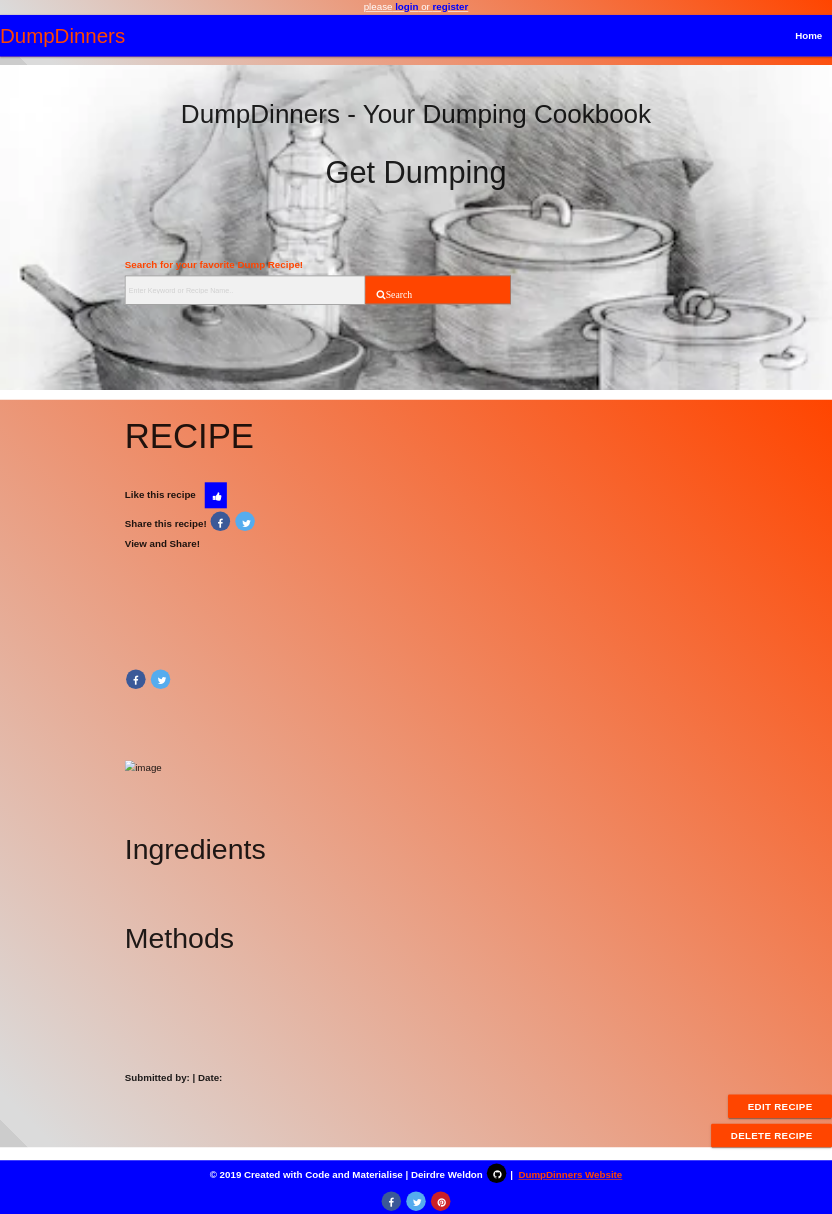
Repository: Deirdre18/dumpdinners-recipe-app
Page: templates/recipe.html
The author's editor kept a record of every edit. The page is drawn from the files as they stood at one moment, then again after the next edit.
The browser window is 1280 px wide. The pictures show the whole page, at 65% of full size.
Some web libraries are served in a nearby version. The page is served by the project's application, run on Flask 3 (app.py). The template is opened directly, without the code that normally fills it, so the values that code supplies are empty.

Above is the page before.

### templates/recipe.html
{% extends "base.html" %} {% block content %} {% with messages = get_flashed_messages() %} {% if messages %}
<strong class=flashes>


	{% for message in messages %}<br>
	{{ message }}</strong> {% endfor %}
</ul>
{% endif %} {% endwith %}

<div class="container recipe-container content-container">
	<!-- Recipe-->
	<section class="recipe">
		<div class="row">
			<div class="col s12 m12 l12">
				<div class="page-header">
					<h2 class="text-uppercase">RECIPE</h2>



					<!--rate recipe-->
				</div>
			</div>
		</div>

		<div>
			<!--http://www.sharelinkgenerator.com/-->
			<strong>Like this recipe</strong>&nbsp<a href="{{ url_for('likes', recipe_id=recipe._id) }}" <button class="waves-effect waves-light btn-small" type="submit" style="background-color:blue; color: white; margin-left:10px" name=" action"><i class="fa fa-thumbs-up" aria-hidden="true"></i></a>
			</button><br>
		</div>


		<!--http://www.sharelinkgenerator.com/-->
		<!--referred to this for help with sharing links - https://css-tricks.com/simple-social-sharing-links/-->
		<div class="shares">

			<strong>Share this recipe!</strong>
			<a href="https://www.facebook.com/sharer.php?u=" <i class="fa fa-facebook" aria-hidden="true"></i></a>
			<a href="https://twitter.com/intent/tweet" <i class="fa fa-twitter" aria-hidden="true"></i></a>


		</div>


<h6 class="view-and-share"><strong> View and Share!</strong>
        </h6>
        <p class=shares "col s4 m3 l3" style="white-space:normal">

            <i class="fa fa-facebook" aria-hidden="true"></i>
            <i class="fa fa-twitter" aria-hidden="true" style="color: light-blue"></i>
        </p>



		<div class="row" style="text-align:center"></div>
		<h3><em>{{recipe.recipe_name}}</em></h3>

		<div row="recipe">

			<div class="col s12 m12 l12">
				<img src="{{ recipe.image }}" alt="image" height=300 width=285>

				<!--referred to https://stackoverflow.com/questions/41081380/white-space-pre-not-working-as-expected-->

				<div class="ingredients col s12 m6 l6" style="white-space:normal">
					<h3>Ingredients</h3>

					{{ recipe.ingredients }}
				</div>

				<div class="methods col s12 m6 l6" style="white-space:normal">
					<h3>Methods</h3>

					{{ recipe.methods }}

				</div>

				<p><strong>Submitted by:<strong>{{ recipe.username }} |  <strong>Date:</strong> {{recipe.date_added}}</p>




			</div>
		</div>

</div>



<!-- button for edit recipe -->


<!--Taken from Spence Barribal's code (student Code Institute).-->
{% if session['username'] == recipe.username %}
<div class="row float-right">
	<a href="{{ url_for('edit_recipe', recipe_id=recipe._id, username=username) }}" class="btn btn-secondary mr-3" style="background-color:orangered; float:right">Edit Recipe</a><br><br>
	<a href="{{ url_for('delete_recipe', recipe_id=recipe._id, username=username) }}" class="btn btn-danger" style="background-color:orangered; float: right">Delete Recipe</a>
</div>
{% endif %}




</div>
</div>
</div>
</div>
</div>
</div>
</div>


{% endblock %}

### templates/base.html
<!DOCTYPE html>
<html>

<head>
    <!--referred to this link for downloading bootstrap, as well as previous CI tutorials - https://forums.fedoraforum.org/showthread.php?314148-How-to-download-bootstrap-->

    <meta charset="UTF-8">
    <meta name="viewport" content="width=device-width, user-scalable=no, initial-scale=1.0, maximum-scale=1.0, minimum-scale=1.0">
    <meta http-equiv="X-UA-Compatible" content="ie=edge">
    <title>{{ title }} - DumpDinners</title>
    <link href="https://fonts.googleapis.com/icon?family=Material+Icons" rel="stylesheet">
    <link rel="stylesheet" href="https://cdnjs.cloudflare.com/ajax/libs/materialize/0.100.2/css/materialize.min.css">

    <!-- Social Share Kit CSS downloaded from https://socialsharekit.com/ -->
    <!--<link rel="stylesheet" href="assets/css/social-share-kit.css" type="text/css">-->

    <link rel="stylesheet" href="{{url_for('static', filename='social-share-kit.css')}}" type="text/css" />

    <link rel="stylesheet" href="{{url_for('static', filename='styles.css')}}" type="text/css" />


    <!--referred to this for favicon - https://www.flaticon.com/-->

    <link rel="icon" type="image/ico" href="/static/images/favicon.ico" />
    <link rel="stylesheet" href="https://cdnjs.cloudflare.com/ajax/libs/font-awesome/4.7.0/css/font-awesome.min.css">

    <style>
        body {
            font-family: Arial;
        }

        * {
            box-sizing: border-box;
        }

        form.example input[type=text] {
            padding: 5px;
            font-size: 11px;
            border: 1px solid grey;
            float: left;
            width: 4%;
            height: 1%;
            background: #f1f1f1;
        }

        form.example button {
            float: left;
            width: 2%;
            height: 2%;
            padding: 5px;
            background: #2196F3;
            color: white;
            font-size: 11px;
            border: 1px solid grey;
            border-left: none;
            cursor: pointer;
        }

        form.example button:hover {
            background: #0b7dda;
        }

        form.example::after {
            content: "";
            clear: both;
            display: table;
        }
    </style>



</head>

<body>

    <style scoped>
        .pattern {
            min-height: 100px;
        }

        #stripes4 {

            background-image: repeating-linear-gradient(45deg, #ccc, #ccc 30px, #dbdbdb 30px, #dbdbdb 60px, orangered);

        }
    </style>

    <!--to give background gradient color, referred to https://www.quackit.com/css/codes/patterns/css_background_stripes.cfm-->

    <div id="stripes4" class="pattern">


        <!--referred to code from Spence Barribal's github project for username in session below (Student at Code Institute).-->

        {% if 'username' in session %}
        <div class="text-light font-italic bg-dark pt-2 pr-4" style="text-align:center; color:blue"><strong>welcome back, {{ session['username'] }}</strong>
        </div>

        <!--Referred to stack overflow article on centering anchors.-->

        <div class="display:block; text-align: center">
            <a href="{{ url_for('add_recipe') }}" <button class="btn waves-effect waves-light" type="submit" style="background-color:orangered" name="action">Add Recipe
                <i class="material-icons right">playlist_add</i>
             </button></div></a>



            <div class="display:block; text-align: center">
                <a href="{{ url_for( 'logout') }}" style="text-decoration:underline; color:blue; text-align:center,color:blue"><strong>Logout</strong></a>
            </div>

            <div class="display:block; text-align: center">
                <a href="{{ url_for( 'allrecipes') }}" style="text-decoration:underline;color:blue; text-align:center"><strong>Home</strong></a>

            </div>

            {% else %}

            <div class="login" style="text-align:center;text-decoration:underline; color:white">please<a href="{{ url_for('login') }}" style="color:blue"><strong> login</a></strong> or <a href="{{ url_for('register') }}" style="color:blue"><strong> register</strong></a>
            </div>
            {% endif %}

            <nav>
                <div class="nav-wrapper">
                    <a class="brand-logo" style="color:orangered">DumpDinners</a>
                    <a href="#" data-activates="mobile-demo" class="button-collapse"><i class="material-icons">menu</i></a>
                    <ul id="nav-mobile" class="right hide-on-med-and-down">

                        {% if 'username' not in session %}

                        <li class="nav-item">
                            <a href="{{ url_for('index') }}" style="color:white"><strong>Home</a></strong>
                        </li>


                        {% endif %}

                    </ul>
                </div>

            </nav>
            <!--referred to https://www.w3schools.com/howto/howto_css_search_button.asp-->

            {% if 'username' in session %}
            <ul class="sidenav" id="mobile-demo">
                <li class="nav-item">
                    <a href="{{ url_for('allrecipes') }}" style="color:orangered;text-decoration:underline"><strong>Home</strong></a>
                </li>
                {% endif %}


            </ul>
        </div>

        <div id="index-banner" class="parallax-container">
            <div class="section no-pad-bot">
                <div class="container">

                    <div class="parallax">
                        <img src="{{ url_for('static', filename='uploads/' + 'still-life.jpg') }}">
                    </div>

                    <h2 class="header center" class="header"><small>DumpDinners - Your Dumping Cookbook</small></h2>

                    <h1 class="header center" class="header"><small>Get Dumping</small></h1>
                    <br><br><br>


                    <!--/*referred to https://www.w3schools.com/howto/howto_css_search_button.asp*/-->

                    <div class="search-container">

                        <h6 class="lead-search" style="color:orangered; text-align:left"><strong>Search for your favorite Dump Recipe!</strong></h6>
                        <form class="example" action="{{ url_for('search') }}">
                            <input type="text" placeholder="Enter Keyword or Recipe Name.." required name="query" style="margin-top:1px; width:40%; height:3em !important; color:black">
                            <div id="search">
                                <button type="submit" style="margin-top:1px; width:25%; height:4em !important; background-color:orangered"><i class="fa fa-search" style="font-size:15px;float:left">Search</i></button>
                            </div>
                        </form>
                    </div>


                </div>
            </div>
            <!--Referred to this link for adding photos dynamically. https://stackoverflow.com/questions/40877272/jinja2-not-displaying-the-images-->


        </div>

        <div id="stripes4" class="pattern">
            {% block content %}{% endblock %}
        </div>

        <script src="https://ajax.googleapis.com/ajax/libs/jquery/3.4.1/jquery.min.js"></script>
        <script src="https://cdnjs.cloudflare.com/ajax/libs/jquery/3.2.1/jquery.min.js"></script>
        <script src="https://cdnjs.cloudflare.com/ajax/libs/materialize/0.100.2/js/materialize.min.js"></script>
        <!--<script src="assets/js/social-share-kit.js"></script>-->
        <!--<script src="assets/js/social-share-kit.min.js"></script>-->

        <script type="text/javascript">
            $(document).ready(function() {
                $(".button-collapse").sideNav();
            });
        </script>

        <script type="text/javascript">
            $('.datepicker').pickadate({
                selectMonths: true, // Creates a dropdown to control month
                selectYears: 15, // Creates a dropdown of 15 years to control year,
                today: 'Today',
                clear: 'Clear',
                close: 'Ok',
                closeOnSelect: false // Close upon selecting a date,
            });
        </script>


        <script>
            $(document).ready(function() {
                $('.parallax').parallax();
            });
        </script>

        <!-- jquery to activate buttons -->

        <script type="text/javascript">
            $(document).ready(function() {
                $('.collapsible').collapsible();
                $('select').material_select();
            });
        </script>


        <!--// to create footer referred to https://www.w3schools.com/howto/tryit.asp?filename=tryhow_css_fixed_footer. For flexible footer referred to https://materializecss.com/footer.html // decided to make footer fixed rather than flexible-->

        <style>
            .footer {
                margin-top: 1px;
                display: fixed;
                min-height: 3vh;
                flex-direction: column;
                text-align: center;
                background-color: blue;
                color: white;
            }

            main {
                flex: 1 0 auto;
            }

            .container {
                margin-top: 15px;
                margin-bottom: 3px;
            }
        </style>



        <style>
            .fa {
                padding: 10px;
                font-size: 15px;
                width: 30px;
                text-decoration: none;
                margin: 5px 2px;
                border-radius: 50%;
                height: 30px;
            }

            .fa:hover {
                opacity: 0.7;

            }

            .fa-facebook {
                background: #3B5998;
                color: white;
                text-align: center;
            }

            .fa-twitter {
                background: #55ACEE;
                color: white;
                text-align: center;
            }


            .fa-youtube {
                background: #bb0000;
                color: white;
                text-align: center;
            }

            .fa-pinterest {
                background: #cb2027;
                color: white;
                text-align: center;
            }

            .fa-github {
                background: black;
                color: white;
                text-align: center;
                font-size: 15px;


            }

            strong {
                font-weight: bold;
            }
        </style>



        <div class="footer">

            <div class="container">
                <!--created blank spaces, referred to https://www.computerhope.com/jargon/n/nbsp.htm-->
                © 2019 Created with Code and Materialise&nbsp| Deirdre Weldon <a href="https://github.com/Deirdre18" class="fa fa-github"></a> |&nbsp
                <a href="https://dumpdinners-recipe-app.herokuapp.com/" style="color:orangered; text-decoration: underline">DumpDinners Website
        </div>

        <!--for social media icons and styles referred to https://www.w3schools.com/howto/howto_css_social_media_buttons.asp    -->



        <!-- Add font awesome icons -->
        <a href="https://www.facebook.com/" class="fa fa-facebook"></a>
                <a href="https://www.twitter.com/" class="fa fa-twitter"></a>
                <a href="https://www.pinterest.com/" class="fa fa-pinterest"></a>


            </div>
</body>

</html>

### app.py
import os
import re
from flask import Flask, render_template, redirect, request, url_for, session, flash
import json
from flask_pymongo import PyMongo
import pymongo
from pymongo import MongoClient
from bson.objectid import ObjectId


from werkzeug.security import generate_password_hash, check_password_hash


app = Flask(__name__)

app.secret_key = "randomstring123"



if app.config['DEBUG'] == True:
    from config import dbconfig
    app.config["MONGO_DBNAME"] = 'dumpdinners'
    app.config["MONGO_URI"] = dbconfig()
else:
    app.config['MONGO_URI'] = os.environ.get("MONGO_URI")
    app.config['MONGO_DBNAME'] = os.environ.get("MONGO_DBNAME")

mongo = PyMongo(app)


@app.route('/')
@app.route('/index')
def index():
    """Home page the gets 4 recipes from DB that have been viewed the most"""
    four_recipes = mongo.db.recipes.find().limit(4)
    return render_template('allrecipes1.html', recipes=four_recipes)

@app.route('/allrecipes')
def allrecipes():
    recipes = mongo.db.recipes.find()
    return render_template('allrecipes.html', recipes=recipes)

@app.route('/allrecipes1')
def allrecipes1():
    recipes = mongo.db.recipes.find()
    four_recipes = mongo.db.recipes.find().limit(4)
    return render_template('allrecipes1.html', recipes=four_recipes)

@app.route('/add_recipe')
def add_recipe():
    recipes = mongo.db.recipes.find()
    return render_template('addrecipe.html',
        recipes=mongo.db.categories.find())



@app.route('/insert_recipe', methods=['POST'])
def insert_recipe():
    recipes = mongo.db.recipes
    recipes.insert_one(request.form.to_dict())
    flash ("Thank you, your recipe has been inserted!")
    return render_template('recipe.html', recipe=recipe)




@app.route('/edit_recipe/<recipe_id>', methods=['GET', 'POST'])
def edit_recipe(recipe_id):
    """Allows logged in user to edit their own recipes"""
    recipe_db = mongo.db.recipes.find_one_or_404({'_id': ObjectId(recipe_id)})
    all_categories =  mongo.db.categories.find()
    if request.method == 'GET':

        return render_template('editrecipe.html', recipe=recipe_db, categories=all_categories)


# referred to this article for advice on 'views' - https://stackoverflow.com/questions/5782311/mongodb-inc-embedded-value-syntax

@app.route('/update_recipe/<recipe_id>', methods=["POST"])
def update_recipe(recipe_id):
    recipes = mongo.db.recipes
    recipes.update( {'_id': ObjectId(recipe_id)},
    {
        '$set': {

        'recipe_name':request.form.get('recipe_name'),
        'ingredients':request.form.get('ingredients'),
        'image': request.form.get('image'),
        'category_name': request.form.get('category_name'),
        'username': request.form.get('username'),
        'methods': request.form.get('methods'),
        'short_description': request.form.get('short_description'),
        'date_added': request.form.get('date_added'),
        'is_vegetarian': request.form.get('is_vegetarian'),
        'views':1,
        'likes':1

        }
    })
    return redirect(url_for('allrecipes'))




@app.route('/delete_recipe/<recipe_id>')
def delete_recipe(recipe_id):
    mongo.db.recipes.remove({'_id': ObjectId(recipe_id)})
    return redirect(url_for('allrecipes'))

@app.route('/search')
def search():
    """Provides logic for search bar"""
    orig_query = request.args['query']
    # using regular expression setting option for any case
    query = {'$regex': re.compile('.*{}.*'.format(orig_query)), '$options': 'i'}
    # find instances of the entered word in title, tags or ingredients
    results = mongo.db.recipes.find({
        '$or': [
            {'recipe_name': query},
            {'ingredients': query},
            {'recipe_name': query}
        ]
    })
    return render_template('search.html', query=orig_query, results=results)


@app.route('/recipe/<recipe_id>')
def recipe(recipe_id):

    """Shows full recipe and increments view"""
    mongo.db.recipes.find_one_and_update(
        {'_id': ObjectId(recipe_id)},
        { '$inc': { 'views': 1}}



    )
    recipe_db = mongo.db.recipes.find_one_or_404({'_id': ObjectId(recipe_id)})
    return render_template('recipe.html', recipe=recipe_db)

# routing for likes

@app.route('/likes/<recipe_id>')
def likes(recipe_id):

    """Shows full recipe and increments view"""
    mongo.db.recipes.find_one_and_update(
        {'_id': ObjectId(recipe_id)},
        { '$inc': { 'likes': 1}}



    )
    recipe_db = mongo.db.recipes.find_one_or_404({'_id': ObjectId(recipe_id)})
    return redirect(url_for('allrecipes1'))

# # routing for shares

# # @app.route('/shares1/<recipe_id>')
# # def shares1 (recipe_id):

# #     """Shows full recipe and increments view"""
# #     mongo.db.recipes.find_one_and_update(
# #         {'_id': ObjectId(recipe_id)},
# #         { '$inc': { 'shares1': 1}}



#     )
#     recipe_db = mongo.db.recipes.find_one_or_404({'_id': ObjectId(recipe_id)})
#     return redirect(url_for('allrecipes1'))

# @app.route('/shares2/<recipe_id>')
# def shares2 (recipe_id):

#     """Shows full recipe and increments view"""
#     mongo.db.recipes.find_one_and_update(
#         {'_id': ObjectId(recipe_id)},
#         { '$inc': { 'shares2': 1}}



#     )
#     recipe_db = mongo.db.recipes.find_one_or_404({'_id': ObjectId(recipe_id)})
#     return redirect(url_for('allrecipes1'))

# @app.route('/shares2/<recipe_id>')
# def shares2 (recipe_id):

#     """Shows full recipe and increments view"""
#     mongo.db.recipes.find_one_and_update(
#         {'_id': ObjectId(recipe_id)},
#         { '$inc': { 'shares2': 1}}



#     )
#     recipe_db = mongo.db.recipes.find_one_or_404({'_id': ObjectId(recipe_id)})
#     return redirect(url_for('shares2'))



#Copied routing for login from Deborah Thompson, student at Code Institute for login routing - #https://github.com/debbiect246/recipe-app#


@app.route('/login', methods=["GET","POST"])
def login():
    if request.method == 'POST':
        login_user = mongo.db.register.find_one({'username': request.form['username']})
        form = request.form
        if login_user:
            if(form["password"] == login_user["password"]): # if password correct
                session['username'] = login_user["username"]
                return redirect(url_for('allrecipes',register_id = login_user["_id"]))
            else: # and if password is not correct
               flash("Incorrect password, please try again or register")
        else:# if user does not exist
            flash("User does not exist")
            return redirect(url_for('register'))
    return render_template('login.html')


#Copied routing for register from Deborah Thompson, student at Code Institute for login routing - #https://github.com/debbiect246/recipe-app#

@app.route('/register', methods=['POST','GET'])
def register():
    if request.method == 'POST':
        register = mongo.db.register
        register_id = register.insert_one(request.form.to_dict())
        # print(register)
        object_id = register_id.inserted_id
        flash("Thank you for registering, please login to view more recipes and add your own!")
        return redirect(url_for('login'))
    return render_template('register.html')




#Copied routing for allrecipeslist from Deborah Thompson, student at Code Institute for login routing - #https://github.com/debbiect246/recipe-app#


@app.route('/logout')
def logout():
    """Clears session and redirects to home"""

    session.clear()
    flash ("Thank you, hope to see you again soon!")
    return redirect(url_for('login'))




if __name__ == '__main__':
    app.run(host=os.environ.get('IP'),
        port=int(os.environ.get('PORT')))

### static/styles.css
.card-body {
    width: 75%;
    margin-left: 0;
    left: auto;
    right: auto;
    white-space: pre-wrap;
}

#search [type="search"] [name="query"]
{
     height: 30px;
     width: 50px;
}


h3 {margin-top: 10%}

.main { margin-top: 20px;}

.card-image {width:25%;}

h5 .lead-search {margin-bottom: 0}

p .heading {margin-top: 30%;}


.card-image {white-space: pre-wrap;
            margin-bottom: -80px;
}


h1 {text-align: center;
    margin-top: 20px;

}

p {margin-top: 20%;}



.nav-wrapper {background-color: blue;}

#Add {color: indigo;
}

#View {color: indigo;
}

.brand-logo{text-align:left;}

.btn_small {
    height: 24px;
    width: 60px;
    line-height: 24px;
    margin: 5px 5px;
    padding: 0 0.5em;
}

Loaded but not shown: static/social-share-kit.css (no copy from this time; the picture is the same without it)

After the next edit:
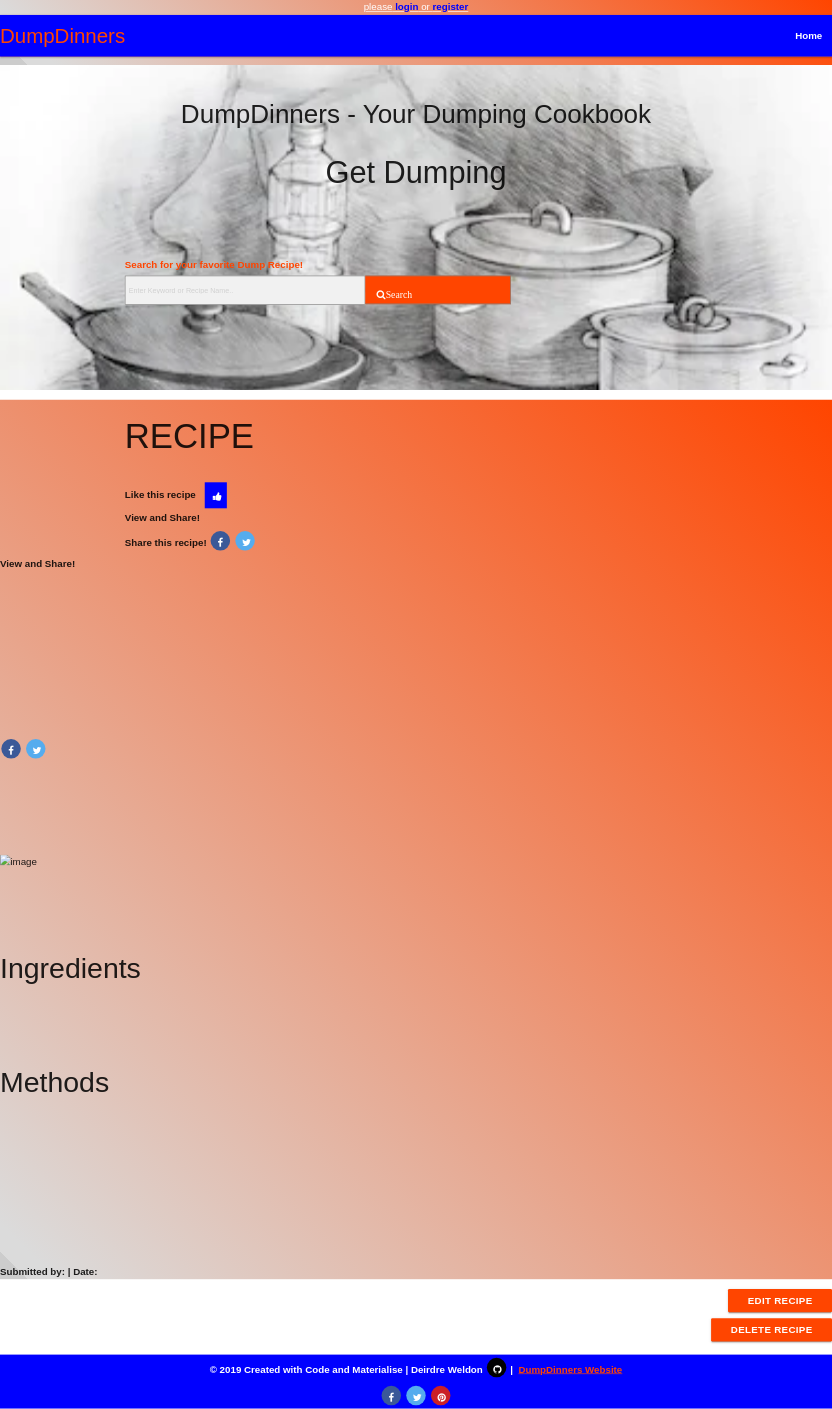
The edit:
--- a/templates/recipe.html
+++ b/templates/recipe.html
@@ -31,7 +31,8 @@
 
 		<!--http://www.sharelinkgenerator.com/-->
 		<!--referred to this for help with sharing links - https://css-tricks.com/simple-social-sharing-links/-->
-		<div class="shares">
+		<h6 class="shares-recipe"><strong> View and Share!</strong>
+        </h6>
 
 			<strong>Share this recipe!</strong>
 			<a href="https://www.facebook.com/sharer.php?u=" <i class="fa fa-facebook" aria-hidden="true"></i></a>
